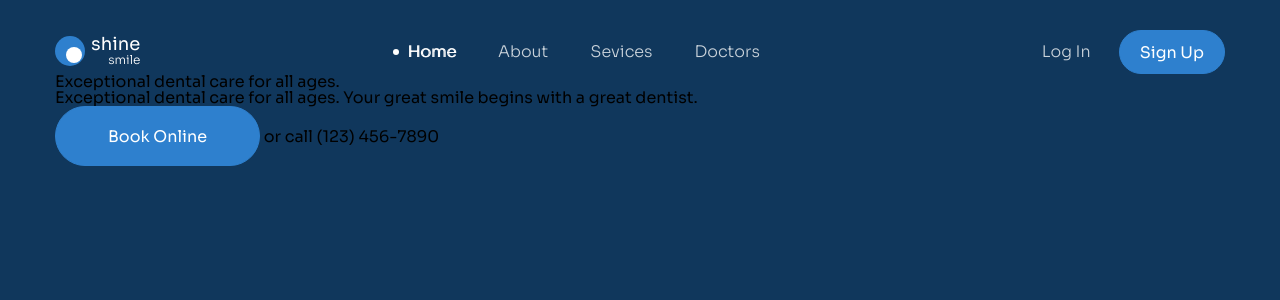
Repository: trungnguyen131/project-03
Page: index.html
These files come from the project's save history. The page is drawn as it stood at one moment and after a run of saves; the edit follows.
The browser window is 1280 px wide. The pictures show the whole page.

Above is the page before, as saved 2024-03-31 16:40:36.

After the next 2 saves:
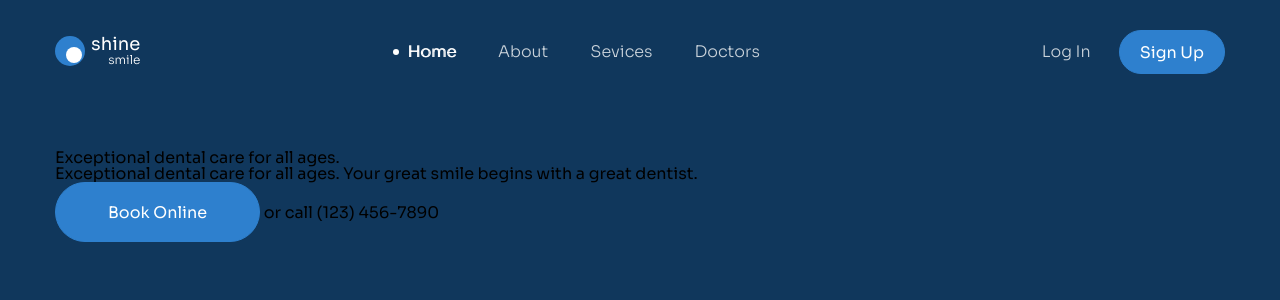
The 2 saves are shown as one change because they came seconds apart.
The last was saved 7 s later.
--- a/assets/css/style.css
+++ b/assets/css/style.css
@@ -151,5 +151,5 @@
 
 /* Hero */
 .hero {
-    mt
+    margin-top: 76px;
 }
